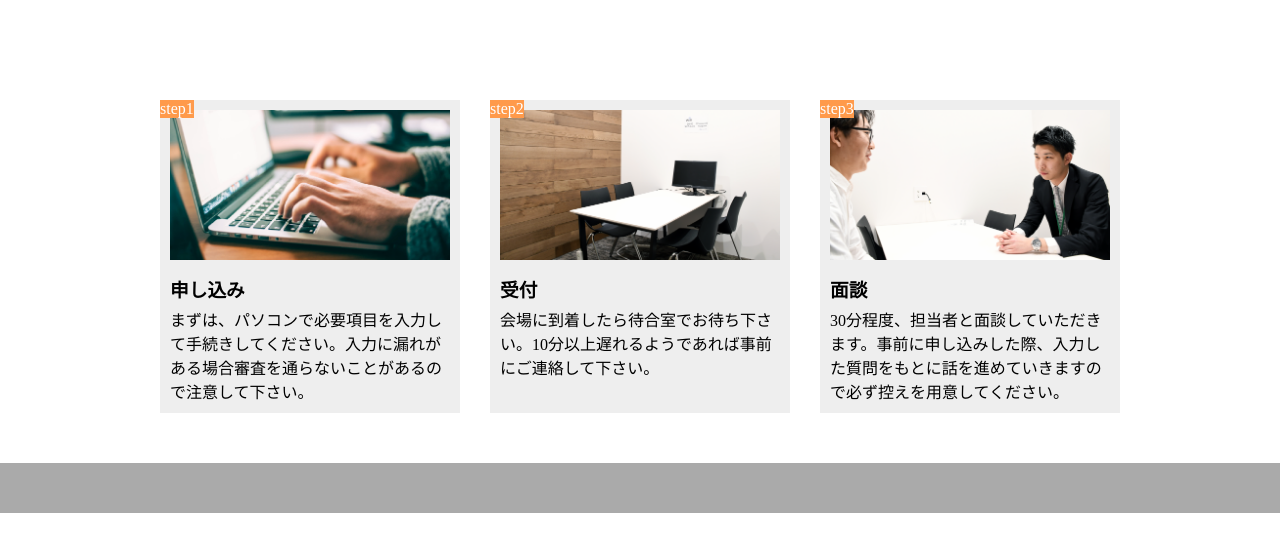
Repository: artD07/-1
Page: 9章演習2/9章演習2.html
The author's editor kept a record of every edit. The page is drawn from the files as they stood at one moment, then again after the next edit.
The browser window is 1280 px wide. The pictures show the whole page.
Some web libraries are served in a nearby version.

Above is the page before.

After the next edit:
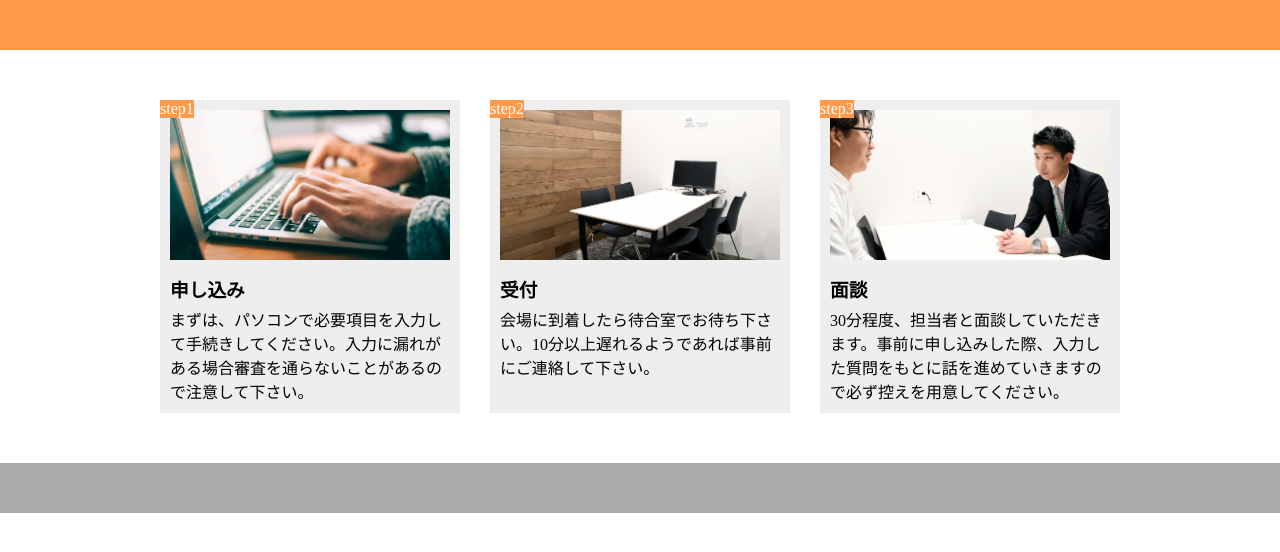
The edit:
--- a/9章演習2/9章演習.css
+++ b/9章演習2/9章演習.css
@@ -7,7 +7,7 @@
 
 header {
   height:50px;
-  background-color:ff9a4b;
+  background-color:#ff9a4b;
 }
 
 main{
